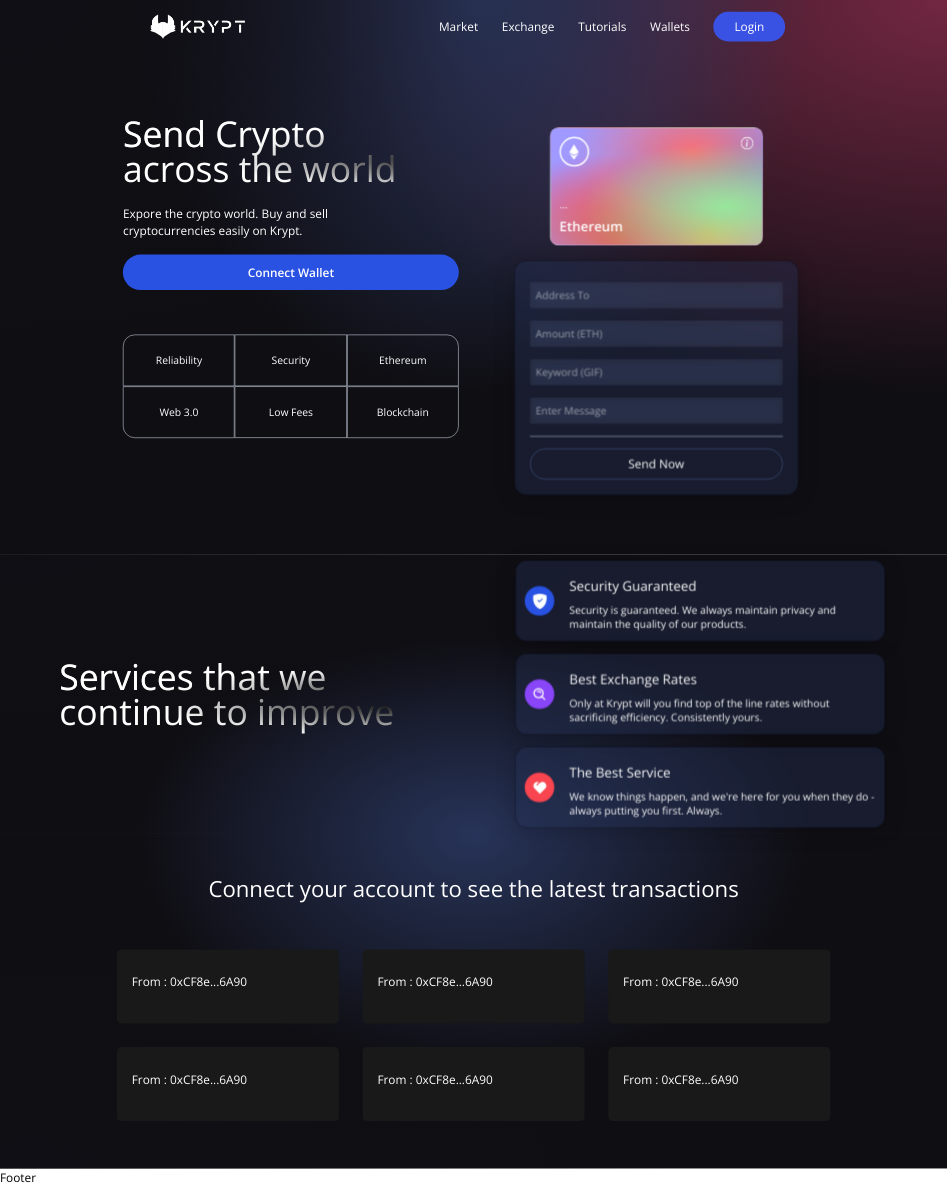
Repository: stephan-chiorean/krypt
Page: / (app in client/)
These files come from the project's save history. The page is drawn as it stood at one moment and after the next save; the edit follows.
The browser window is 1280 px wide. The pictures show the whole page, at 74% of full size.
The project was rebuilt for these pictures with package versions that can differ from the ones it lists, and the page was loaded fresh each time. Also part of the build but not shown: client/vite.config.js, client/src/components/Loader.jsx.

Above is the page before, as saved 2023-03-29 20:58:25.

### client/src/main.jsx
import React from 'react'
import ReactDOM from 'react-dom/client'
import App from './App'
import {TransactionProvider} from './context/TransactionContext';
import './index.css'

ReactDOM.createRoot(document.getElementById('root')).render(
  <TransactionProvider>
  <React.StrictMode>
    <App />
  </React.StrictMode>
  </TransactionProvider>,
)

### client/src/App.jsx
import {Navbar, Welcome, Footer, Services, Transactions} from './components';

const App = () => {

  return (
    <div className="min-h-screen">
      <div className="gradient-bg-welcome">
        <Navbar/>
        <Welcome/>
      </div>
      <Services/>
      <Transactions/>
      <Footer/>
    </div>
  )
}

export default App

### client/src/context/TransactionContext.jsx
import React, { useState, useEffect } from 'react';
import * as ethers from 'ethers';
import { contractABI, contractAddress } from '../utils/constants';
import toast from 'react-hot-toast';

export const TransactionContext = React.createContext();

const { ethereum } = window;

const getEthereumContract = () => {
    console.log(ethers)
  const provider = new ethers.providers.Web3Provider(ethereum);
  const signer = provider.getSigner();
  const transactionContract = new ethers.Contract(
    contractAddress,
    contractABI,
    signer
  );

  return transactionContract;

//   console.log({
//     provider,
//     signer,
//     transactionContract,
//   });
};

export const TransactionProvider = ({ children }) => {
  const [connectedAccount, setConnectedAccount] = useState('');
  const [formData, setFormData] = useState({ addressTo: '', amount: 0, keyword: '', message: ''});
  const [isLoading, setIsLoading] = useState(false);
  const [transactionCount, setTransactionCount] = useState(localStorage.getItem('transactionCount'));

  const handleChange = (e, name) => {
    setFormData((prevState) => ({...prevState, [name]: e.target.value}));
  }

  const checkIfWalletIsConnected = async () => {
    try {
      if (!ethereum) return alert('Please install metamask');

      const accounts = await ethereum.request({ method: 'eth_accounts' });
      if (accounts.length) {
        setConnectedAccount(accounts[0]);
      } else {
        console.log('No accounts found');
      }
      console.log(accounts);
    } catch (err) {
      console.error(err);
      throw new Error('No ethereum object');
    }
  };
  const disconnectWallet = async () => {
    setConnectedAccount('')
    console.log('DISCONNECTED');
    window.location.reload();
  }

  const connectWallet = async () => {
    try {
      if (!ethereum) return alert('Please install metamask');

      // Display loading toast
      const loadingToast = toast.loading('Connecting...');

      const accounts = await ethereum.request({
        method: 'eth_requestAccounts',
      });

      setConnectedAccount(accounts[0]);
      console.log('CONNECTED', connectedAccount);

      // Dismiss loading toast and show a success toast
      toast.dismiss(loadingToast);
      toast.success('Connected successfully');
    } catch (err) {
      console.error(err);
      // Dismiss loading toast and show an error toast
      toast.dismiss(loadingToast);
      toast.error('Error connecting to wallet');
      throw new Error('No ethereum object.');
    }
  };


  const sendTransaction = async() => {
    try {
        if(!ethereum) return alert("Please install metamask");
        const {addressTo, amount, keyword, message} = formData;
        const transactionContract = getEthereumContract();
        const parsedAmount = ethers.utils.parseEther(amount);

        await ethereum.request({
            method: 'eth_sendTransaction',
            params: [{
                from: connectedAccount,
                to: addressTo,
                gas: '0x5208', //21000 gwei
                value: parsedAmount._hex,
            }]
        })

        const transactionHash = await transactionContract.addToBlockchain(addressTo, parsedAmount, message, keyword);
        setIsLoading(true);
        console.log(`Loading - ${transactionHash.hash}`);
        await transactionHash.wait();
        setIsLoading(false);
        console.log(`Success - ${transactionHash.hash}`)

        const transactionCount = await transactionContract.getTransactionCount();
        setTransactionCount(transactionCount.toNumber())


    } catch(err) {
        console.error(err);
    }
  }

  useEffect(() => {
    // checkIfWalletIsConnected();
    console.log("PRINT WHEN LOAD", connectedAccount)
  }, [connectedAccount]);
  return (
    <TransactionContext.Provider value={{ connectWallet, connectedAccount, formData, setFormData, handleChange, sendTransaction, disconnectWallet }}>
      {children}
    </TransactionContext.Provider>
  );
};

### client/src/components/index.js
export {default as Loader} from './Loader';
export {default as Navbar} from './Navbar';
export {default as Footer} from './Footer';
export {default as Welcome} from './Welcome';
export {default as Transactions} from './Transactions';
export {default as Services} from './Services';

### client/src/utils/constants.js
import abi from './Transactions.json';

export const contractABI = abi.abi;
export const contractAddress = '0x48d319b761e733246BF575C86d399bB8EDdA6dEf';

### client/src/components/Navbar.jsx
import { HiMenuAlt4 } from 'react-icons/hi';
import { AiOutlineClose } from 'react-icons/ai';
import { useState } from 'react';
import { useContext } from 'react';
import logo from '../../images/logo.png';
import { TransactionContext } from '../context/TransactionContext';

const NavbarItem = ({ title, classProps }) => {
  return <li className={`mx-4 cursor-pointer ${classProps}`}>{title}</li>;
};
export default () => {
  const [toggleMenu, setToggleMenu] = useState(false);
  const {disconnectWallet, connectedAccount} = useContext(TransactionContext);
  return (
    <nav className='w-full flex md:justify-center justify-between items-center p-4'>
      <div className='md:flex-[0.5] flex-initial justify-center items-center'>
        <img src={logo} alt='logo' className='w-32 cursor-pointer' />
      </div>
      <ul className='text-white md:flex hidden list-none flex-row justify-between items-center flex-initial'>
        {['Market', 'Exchange', 'Tutorials', 'Wallets'].map((item, index) => (
          <NavbarItem key={item + index} title={item} />
        ))}
        <li onClick={disconnectWallet} className='bg-[#3952e3] py-2 px-7 mx-4 rounded-full cursor-pointer hover:bg-[#2546bd]'>
          {connectedAccount ? "Sign Out" : "Login"}
        </li>
      </ul>
      <div className='flex relative'>
        {toggleMenu ? (
          <AiOutlineClose
            fontSize={28}
            className='text-white md:hidden cursor-pointer'
            onClick={() => setToggleMenu(false)}
          />
        ) : (
          <HiMenuAlt4
            fontSize={28}
            className='text-white md:hidden cursor-pointer'
            onClick={() => setToggleMenu(true)}
          />
        )}
        {toggleMenu && (
          <ul className="z-10 fixed top-0 -right-2 p-3 w-[70vw] h-screen shadow-2xl md:hidden list-none flex flex-col justify-start items-end rounded-md blue-glassmorphism text-white animate-slide-in">
            <li className='text-xl w-full my-2'>
              <AiOutlineClose onClick={() => setToggleMenu(false)} className="cursor-pointer"/>
            </li>
            {['Market', 'Exchange', 'Tutorials', 'Wallets'].map(
              (item, index) => (
                <NavbarItem key={item + index} title={item} classProps="my-2 text-lg"/>
              )
            )}
          </ul>
        )}
      </div>
    </nav>
  );
};

### client/src/components/Footer.jsx
import React from 'react'

export default() => {
  return (
    <div>Footer</div>
  )
}

### client/src/components/Welcome.jsx
import { AiFillPlayCircle } from 'react-icons/ai';
import { SiEthereum } from 'react-icons/si';
import { BsInfoCircle } from 'react-icons/bs';
import { TransactionContext } from '../context/TransactionContext';
import React, { useContext } from 'react';
import { Loader } from './';
import {Toaster} from 'react-hot-toast';
import { shortenAddress } from '../utils/shortenAddress';
const commonStyles =
  'min-h-[70px] sm:px-0 px-2 sm:min-w-[120px] flex justify-center items-center border-[0.5px] border-gray-400 text-sm font-light text-white';

const Input = ({ placeholder, name, type, value, handleChange }) => (
  <input
    placeholder={placeholder}
    type={type}
    step='0.0001'
    value={value}
    onChange={(e) => handleChange(e, name)}
    className='my-2 w-full rounded-sm p-2 outline-none text-white border-none text-sm white-glassmorphism'
  />
);
export default () => {
  const {
    connectWallet,
    connectedAccount,
    formData,
    sendTransaction,
    handleChange,
    disconnectWallet,
  } = useContext(TransactionContext);
  const handleSubmit = (e) => {
    const { addressTo, amount, keyword, message } = formData;
    e.preventDefault();

    if (!addressTo || !amount || !keyword || !message) return;
    sendTransaction();
  };
  return (
    <div className='flex w-full justify-center items-center'>
      <Toaster/>
      <div className='flex md:flex-row flex-col items-start justify-between md:p-20 py-12 px-4'>
        <div className='flex flex-1 justify-start flex-col md:mr-10'>
          <h1 className='text-3xl sm:text-5xl text-white text-gradient py-1'>
            Send Crypto <br /> across the world
          </h1>
          <p className='text-left mt-5 text-white font-light md:w-9/12 w-11/12 text-base'>
            Expore the crypto world. Buy and sell cryptocurrencies easily on
            Krypt.
          </p>
          {!connectedAccount && (
            <button
              type='button'
              onClick={connectWallet}
              className='flex flex-row justify-center items-center my-5 bg-[#2952e3] p-3 rounded-full cursor-pointer hover:bg-[#2546bd]'
            >
              <p className='text-white text-base font-semibold'>
                Connect Wallet
              </p>
            </button>
          )}

          <div className='grid sm:grid-cols-3 grid-cols-2 w-full mt-10'>
            <div className={`rounded-tl-2xl ${commonStyles}`}>Reliability</div>
            <div className={commonStyles}>Security</div>
            <div className={`sm:rounded-tr-2xl ${commonStyles}`}>Ethereum</div>
            <div className={`sm:rounded-bl-2xl ${commonStyles}`}>Web 3.0</div>
            <div className={commonStyles}>Low Fees</div>
            <div className={`rounded-br-2xl ${commonStyles}`}>Blockchain</div>
          </div>
        </div>

        <div className='flex flex-col flex-1 items-center justify-start w-full md:mt-0 mt-10'>
          <div className='p-3 justify-end items-start flex-col rounded-xl h-40 sm:w-72 w-full my-5 eth-card white-glassmorphism'>
            <div className='flex justify-between flex-col w-full h-full'>
              <div className='flex justify-between items-start'>
                <div className='w-10 h-10 rounded-full border-2 border-white flex justify-center items-center'>
                  <SiEthereum fontSize={21} color='#fff' />
                </div>
                <BsInfoCircle fontSize={17} color='#fff' />
              </div>
              <div>
                <p className='text-white font-light text-sm'>
                  {shortenAddress(connectedAccount)}
                </p>
                <p className='text-white font-semibold text-lg mt-1'>
                  Ethereum
                </p>
              </div>
            </div>
          </div>

          <div className='p-5 sm:w-96 w-full flex flex-col justify-start items-center blue-glassmorphism'>
            <Input
              placeholder='Address To'
              name='addressTo'
              type='text'
              handleChange={handleChange}
            />
            <Input
              placeholder='Amount (ETH)'
              name='amount'
              type='number'
              handleChange={handleChange}
            />
            <Input
              placeholder='Keyword (GIF)'
              name='keyword'
              type='text'
              handleChange={handleChange}
            />
            <Input
              placeholder='Enter Message'
              name='message'
              type='text'
              handleChange={handleChange}
            />
            <div className='h-[1px] w-full bg-gray-400 my-2' />
            {false ? (
              <Loader />
            ) : (
              <button
                type='submit'
                onClick={handleSubmit}
                className='text-white w-full mt-2 border-[1px] p-2 border-[#3d4f7c] rounded-full cursor-pointer'
              >
                Send Now
              </button>
            )}
          </div>
        </div>
      </div>
    </div>
  );
};

### client/src/components/Transactions.jsx
import React from 'react'
import { useContext } from 'react';
import { TransactionContext } from '../context/TransactionContext';
import dummyData from '../utils/dummyData';
import { shortenAddress } from '../utils/shortenAddress';
const TransactionCard = ({addressTo, addressFrom, timestamp, message, keyword, amount, url}) => (
  <div className="bg-[#181918] m-4 flex flex-1 2xl:min-w-[450px] 2xl:max-w-[500px] sm:min-w-[270px] sm:max-w-[300px] flex-col p-3 rounded-md hover:shadow-2xl">
    <div className="flex flex-col items-center w-full mt-3">
      <div className="flex justify-start w-full mb-6 p-2">
        <a href={`https://sepolia.etherscan.io/address/${addressFrom}`} target="_blank" rel="noopener noreferrer">
          <p className="text-white text-base">From : {shortenAddress(addressFrom)}</p>
        </a>
      </div>
    </div>

  </div>

)
export default() => {
  const {connectedAccount} = useContext(TransactionContext);
  return (
    <div className="flex w-full justify-center items-center 2xl:px-20 gradient-bg-transactions">
      <div className="flex flex-col md:p-12 py-12 px-4">
        {connectedAccount ? (
          <h3 className="text-white text-3xl text-center my-2">Latest Transactions</h3>
        ) : (
          <h3 className="text-white text-3xl text-center my-2">Connect your account to see the latest transactions</h3>
        )}
        <div className="flex flex-wrap justify-center items-center mt-10">
        {dummyData.reverse().map((transaction,index) => (
          <TransactionCard key={index} {...transaction} />
        ))}
        </div>
        {/* Latest Transactions */}
        {/* Connect your account to see latest transactions */}

      </div>
    </div>
  )
}

### client/src/components/Services.jsx
import React from 'react';
import { BsShieldFillCheck } from 'react-icons/bs';
import { BiSearchAlt } from 'react-icons/bi';
import { RiHeart2Fill } from 'react-icons/ri';

const ServiceCard = ({color, title, icon, subtitle}) => (
  <div className='flex flex-row md:w-[500px] justify-start items-center p-3 m-2 cursor-pointer blue-glassmorphism'>
    <div className={`w-10 h-10 rounded-full flex justify-center items-center ${color}`}>
      {icon}
    </div>
    <div className="ml-5 flex flex-col flex-1">
      <h1 className="mt-2 text-white text-lg">{title}</h1>
      <p className="mt-2 text-white text-sm">{subtitle}</p>
    </div>
  </div>
);
export default () => {
  return (
    <div className='flex flex-col md:flex-row w-full justify-center items-center gradient-bg-services'>
      <div className='flex md:flex-row flex-col items-center justify-between md:p-20 py-12 px-4'>
        <div className='flex-1 flex flex-col justify-start items-start'>
          <h1 className='text-white text-3xl sm:text-5xl py-2 text-gradient'>
            Services that we
            <br />
            continue to improve
          </h1>
        </div>
      </div>
      <div className='flex-1 flex flex-col justify-start items-center'>
        <ServiceCard
          color='bg-[#2952e3]'
          title='Security Guaranteed'
          icon={<BsShieldFillCheck fontSize={21} className='text-white' />}
          subtitle="Security is guaranteed. We always maintain privacy and maintain the quality of our products."
        />
        <ServiceCard
          color='bg-[#8945f8]'
          title='Best Exchange Rates'
          icon={<BiSearchAlt fontSize={21} className='text-white' />}
          subtitle="Only at Krypt will you find top of the line rates without sacrificing efficiency. Consistently yours."
        />
        <ServiceCard
          color='bg-[#f84550]'
          title='The Best Service'
          icon={<RiHeart2Fill fontSize={21} className='text-white' />}
          subtitle="We know things happen, and we're here for you when they do - always putting you first. Always."
        />
      </div>
    </div>
  );
};

### client/src/utils/shortenAddress.js
export const shortenAddress = (address) => `${address.slice(0,6)}...${address.slice(address.length-4)}`

### client/src/utils/dummyData.js
export default [
    {
      id: 1,
      url: "https://metro.co.uk/wp-content/uploads/2015/05/pokemon_crying.gif?quality=90&strip=all&zoom=1&resize=500%2C284",
      message: "",
      timestamp: "12/21/2021, 4:33:21 PM",
      addressFrom: "0xCF8e569A97C423952DdFf902375C7C76549A6A90",
      amount: "0.01",
      addressTo: "0x8aa395Ab97837576aF9cd6946C79024ef1acfdbE",
    },
    {
      id: 2,
      url: "https://media4.popsugar-assets.com/files/2013/11/07/832/n/1922398/eb7a69a76543358d_28.gif",
      message: "",
      timestamp: "12/21/2021, 4:33:21 PM",
      addressFrom: "0xCF8e569A97C423952DdFf902375C7C76549A6A90",
      amount: "0.01",
      addressTo: "0x8aa395Ab97837576aF9cd6946C79024ef1acfdbE",
    },
    {
      id: 3,
      url: "https://acegif.com/wp-content/uploads/gif-shaking-head-38.gif",
      message: "",
      timestamp: "12/21/2021, 4:33:21 PM",
      addressFrom: "0xCF8e569A97C423952DdFf902375C7C76549A6A90",
      amount: "0.01",
      addressTo: "0x8aa395Ab97837576aF9cd6946C79024ef1acfdbE",
    },
    {
      id: 4,
      url: "https://i.pinimg.com/originals/68/a0/9e/68a09e774e98242871c2db0f99307420.gif",
      message: "",
      timestamp: "12/21/2021, 4:33:21 PM",
      addressFrom: "0xCF8e569A97C423952DdFf902375C7C76549A6A90",
      amount: "0.01",
      addressTo: "0x8aa395Ab97837576aF9cd6946C79024ef1acfdbE",
    },
    {
      id: 5,
      url: "https://i.pinimg.com/originals/73/d3/a1/73d3a14d212314ab1f7268b71d639c15.gif",
      message: "",
      timestamp: "12/21/2021, 4:33:21 PM",
      addressFrom: "0xCF8e569A97C423952DdFf902375C7C76549A6A90",
      amount: "0.01",
      addressTo: "0x8aa395Ab97837576aF9cd6946C79024ef1acfdbE",
    },
    {
      id: 6,
      url: "https://www.omnisend.com/blog/wp-content/uploads/2016/09/funny-gifs-9.gif",
      message: "",
      timestamp: "12/21/2021, 4:33:21 PM",
      addressFrom: "0xCF8e569A97C423952DdFf902375C7C76549A6A90",
      amount: "0.01",
      addressTo: "0x8aa395Ab97837576aF9cd6946C79024ef1acfdbE",
    },
  ];

Loaded but not shown: client/index.html (common file); client/src/index.css (common file); client/tailwind.config.js (common file); client/src/utils/Transactions.json (140 lines, source omitted)

After the next save:
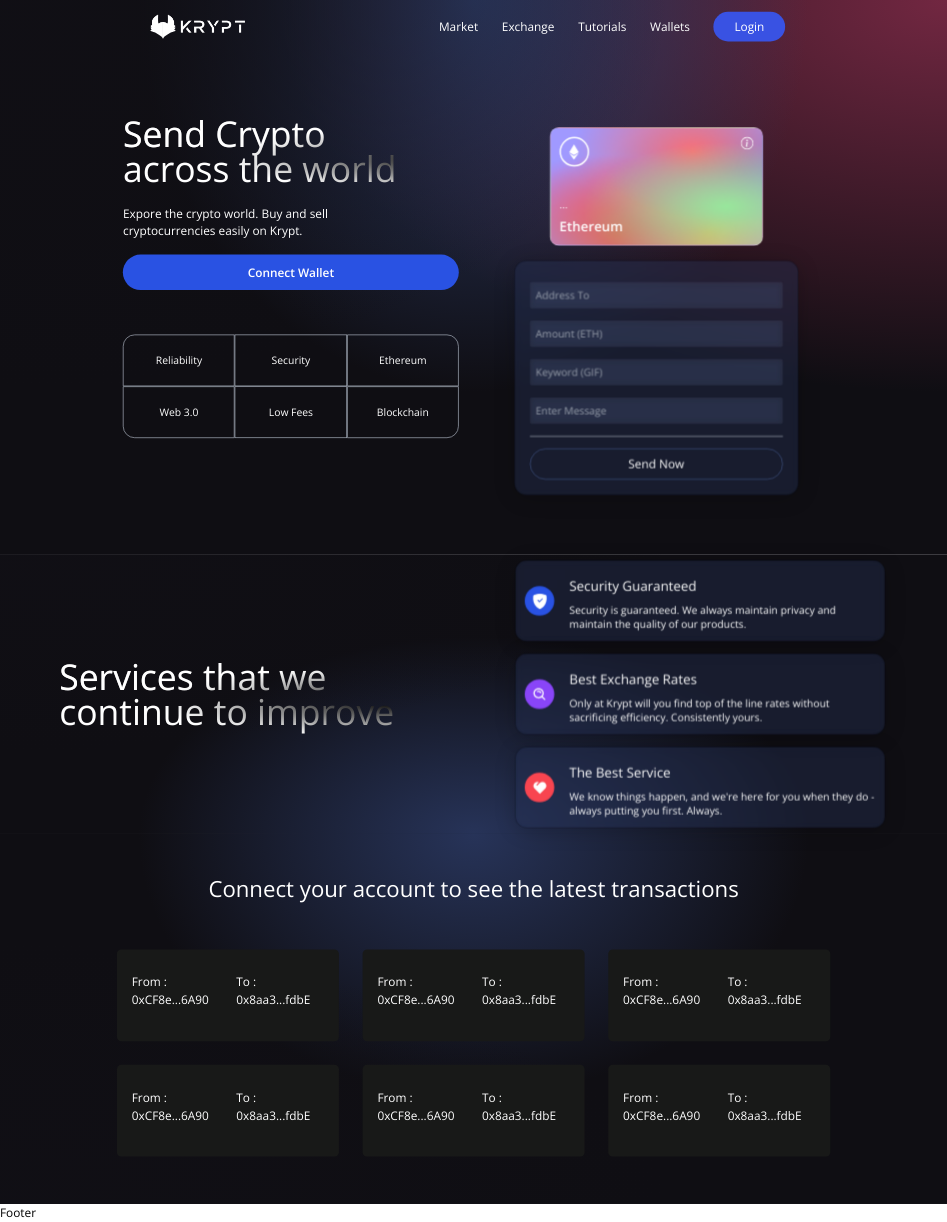
Saved 115 s later.
--- a/client/src/components/Transactions.jsx
+++ b/client/src/components/Transactions.jsx
@@ -9,6 +9,9 @@ const TransactionCard = ({addressTo, addressFrom, timestamp, message, keyword, a
       <div className="flex justify-start w-full mb-6 p-2">
         <a href={`https://sepolia.etherscan.io/address/${addressFrom}`} target="_blank" rel="noopener noreferrer">
           <p className="text-white text-base">From : {shortenAddress(addressFrom)}</p>
+        </a>
+        <a href={`https://sepolia.etherscan.io/address/${addressTo}`} target="_blank" rel="noopener noreferrer">
+          <p className="text-white text-base">To : {shortenAddress(addressTo)}</p>
         </a>
       </div>
     </div>
